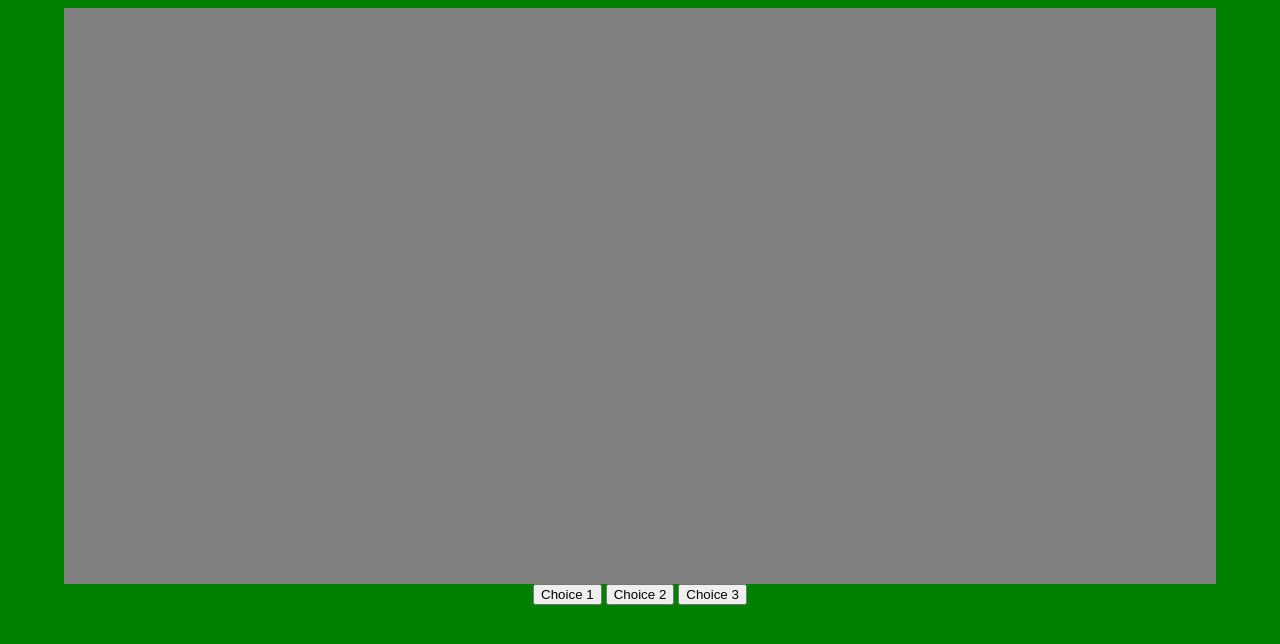
Repository: nguyenlejoe/Dynamic_notSoSherlock
Page: MultiChoice/MultiChoice.html
The author's editor kept a copy of each file at every save. The page is drawn from the files as they stood at one save, then again after a run of saves.
The browser window is 1280 px wide. The pictures show the whole page.

Above is the page before, as saved 2020-03-05 18:25:34.

After the next 2 saves:
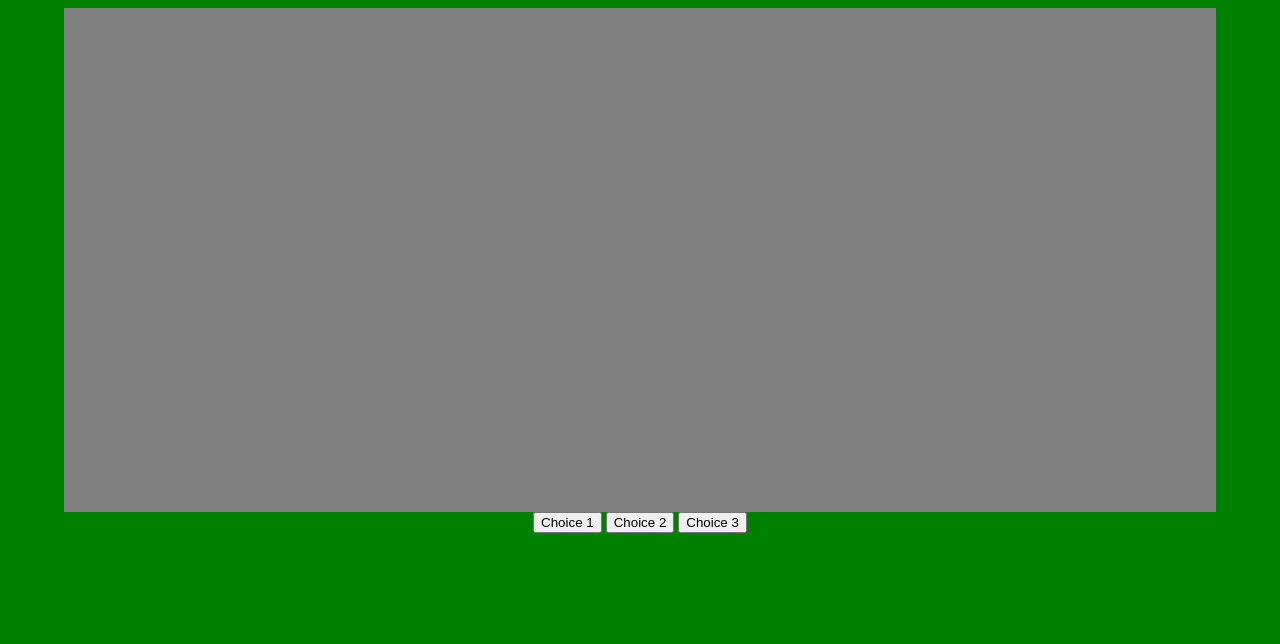
The 2 saves are shown as one change because they came seconds apart.
The last was saved 9 s later.
--- a/MultiChoice/MultiChoice.css
+++ b/MultiChoice/MultiChoice.css
@@ -8,7 +8,7 @@ body{
 }
 
 #crimeScene{
-    height: 80vh;
+    height: 70vh;
     width: 90vw;
     background-color: grey;
 }
